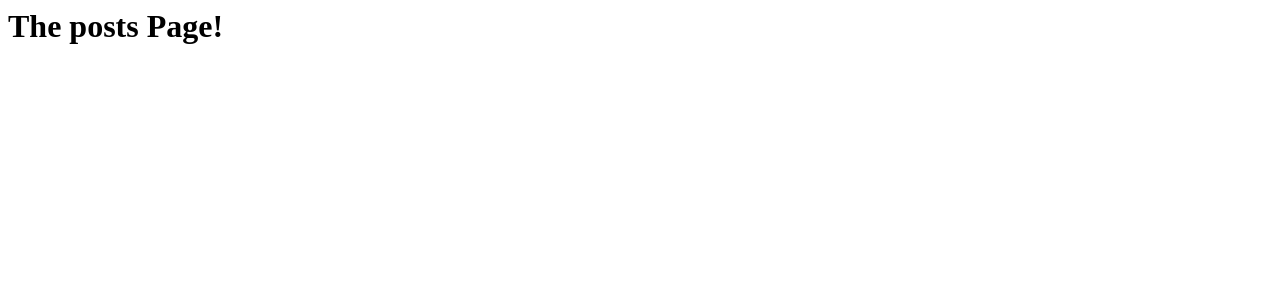
Repository: cuauhtlahuac/WebAppsPractices
Page: http://localhost/posts
The author's editor kept a record of every edit. The page is drawn from the files as they stood at one moment, then again after the next edit.
The browser window is 1280 px wide. The pictures show the whole page.
The page is served by the project's Node server (ejsIntro/app.js).

Above is the page before.

### workspacePortugues/ejsIntro/views/posts.ejs
<h1>The posts Page!</h1>

<!--<%for (var i = 0; i < posts.length; i++){%>-->
<!--    <li><%=posts[i].title %> - <strong><%=posts[i].author%></strong></li>-->
<!--   <% };%>-->

<!--using forEach para fazer a mesma coisa-->
<!--<%posts.forEach(function(post){%>-->
<!--     <li><%=post.title %> - <strong><%=post.author%></strong></li>-->
<!--<% }) %>-->

### workspacePortugues/ejsIntro/app.js
var express = require("express");
var app = express();

app.use(express.static("public"));
//com este codigo, o sistema vai passar a procurar arquivos tambem na pasta public que foi criada

app.set("view engine", "ejs");
//com este codigo o sistema vai saber que todos os arquivos da pasta view são .ejs, portanto não precisamos ficar nos repetindo nos outros arquivos que precisarem de .ejs
//por exemplo, nos app.get no res.render, sempre colocavamos o arquivo.ejs... com este codigo nao precisamos mais colocar .ejs

app.get("/", function(req,res){
    res.render("home");
    //os arquivos .ejs devem ficar no diretório views... desta forma o express os encontra mais rapidamente.
});
app.get("/fallinlovewith/:thing", function(req,res){
    var thing = req.params.thing;
    //res.render é o comando para renderizar outros arquivos no route... neste caso ele esta pegando um arquivo .ejs
    res.render("love", {
        //os arquivos .ejs nao tem como enchergar variaveis direto do rout... aqui estamos associando o variavel thing(variavel que vai aparecer no ejs): thing(variavel existente no codigo)
        thing: thing
    });
});

app.get("/posts", function(req,res){
    var posts = [
            { title: "post 1", author: "Suzy" },
            { title: "My adorable pet bunny", author: "Guto" },
            { title: "Can you believe this Pomsky", author: "Colt" },
        ];
        res.render("posts", {posts:posts});
})

app.listen(process.env.PORT, process.env.IP, function(){
    console.log("Server Has Started")
});

After the next edit:
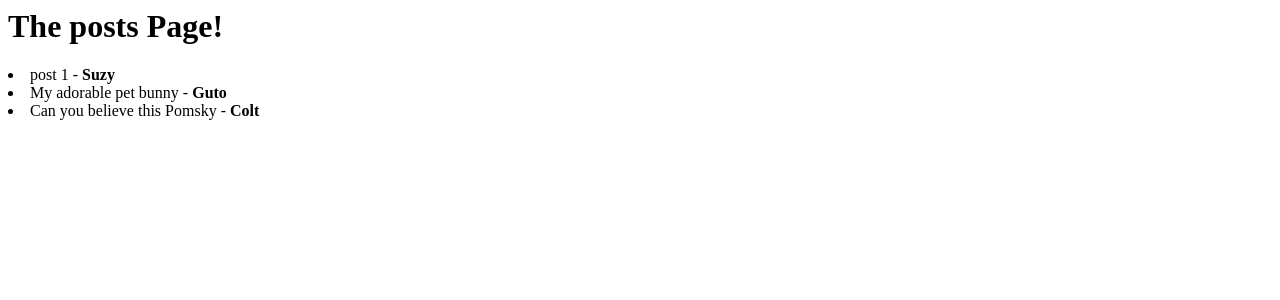
The edit:
--- a/workspacePortugues/ejsIntro/views/posts.ejs
+++ b/workspacePortugues/ejsIntro/views/posts.ejs
@@ -1,8 +1,8 @@
 <h1>The posts Page!</h1>
 
-<!--<%for (var i = 0; i < posts.length; i++){%>-->
-<!--    <li><%=posts[i].title %> - <strong><%=posts[i].author%></strong></li>-->
-<!--   <% };%>-->
+<%for (var i = 0; i < posts.length; i++){%>
+    <li><%=posts[i].title %> - <strong><%=posts[i].author%></strong></li>
+    <% };%>
 
 <!--using forEach para fazer a mesma coisa-->
 <!--<%posts.forEach(function(post){%>-->
